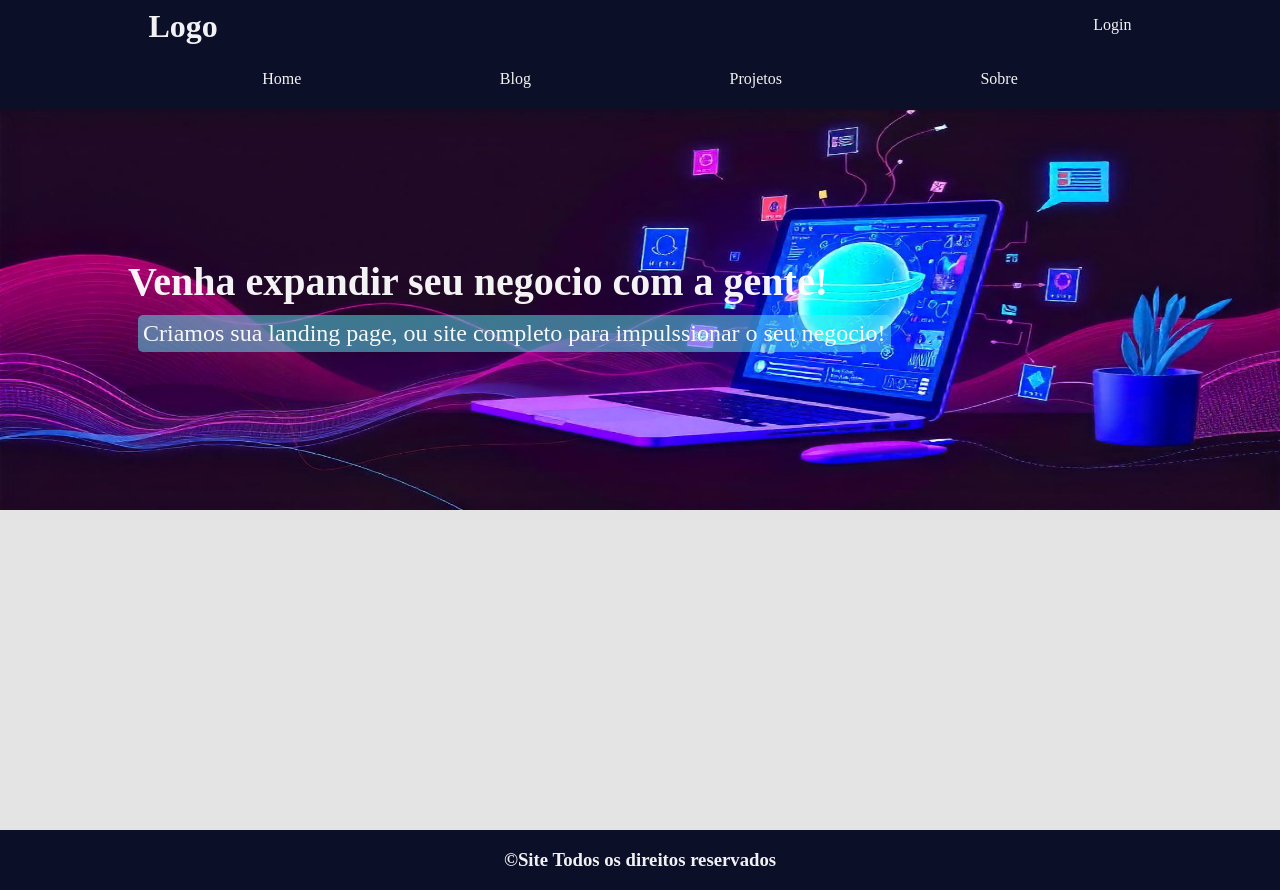
Repository: SauloMorais01/mysitefront-end
Page: index.html
An editor plug-in stored every save of this project. The page is shown before and after the next save, followed by the edit.
The browser window is 1280 px wide. The pictures show the whole page.

Above is the page before, as saved 2024-11-01 22:19:13.

After the next save:
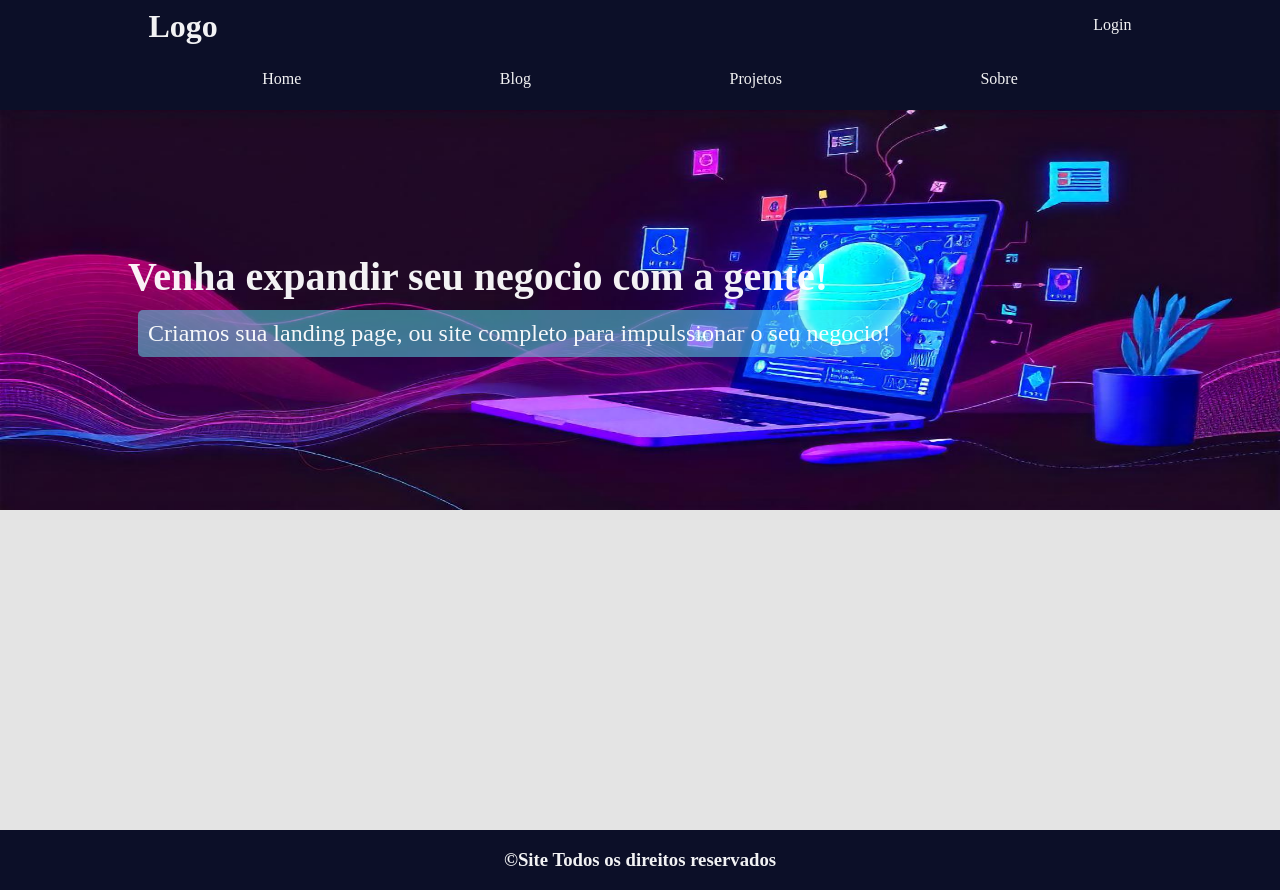
Saved 14 s later.
--- a/src/css/style.css
+++ b/src/css/style.css
@@ -268,7 +268,7 @@ footer h3 {
         font-size: 0.8rem;
         background: var(--secondary-color-medium);
         border-radius: 5px;
-        padding: 5px;
+        padding: 10px;
     }
 }
 
